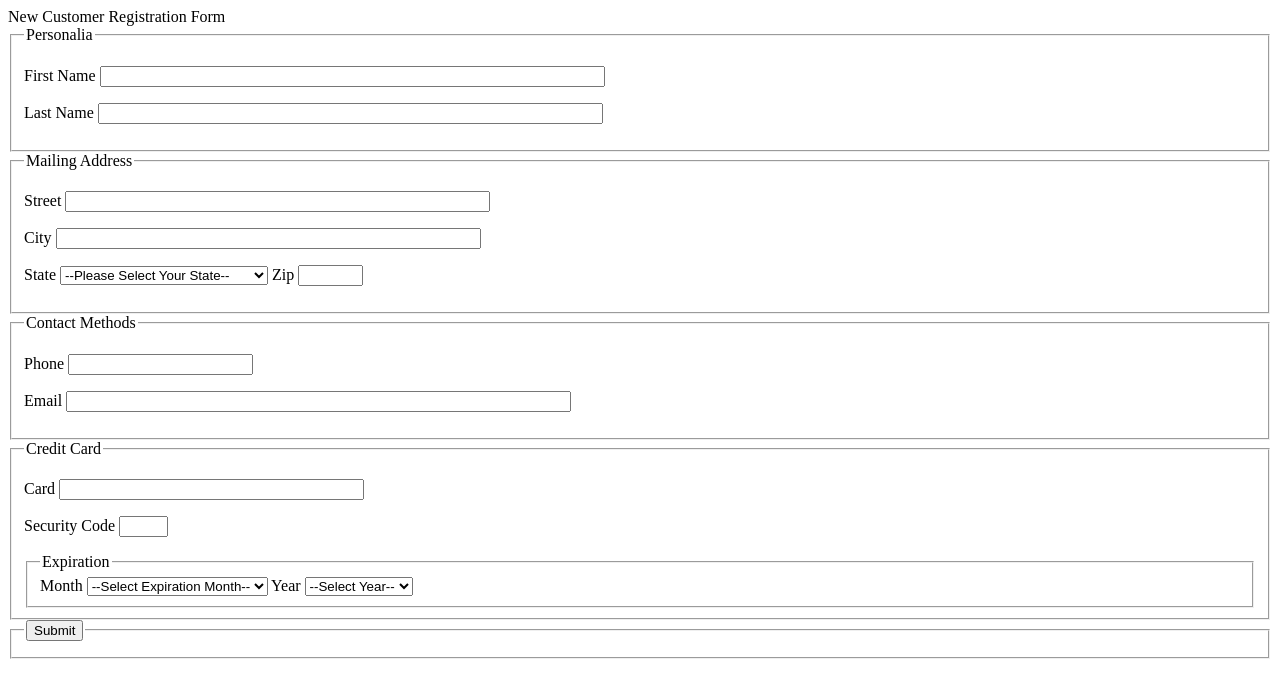
Repository: banjilawal/htdocs
Page: http://localhost/controls/new_customer-form.php
The author's editor kept a copy of each file at every save. The page is drawn from the files as they stood at one save, then again after the next save.
The browser window is 1280 px wide. The pictures show the whole page.
The page is run by PHP 8.4 with error messages shown; the project is at /var/www/html/.

Above is the page before, as saved 2022-03-26 23:57:42.

After the next save:
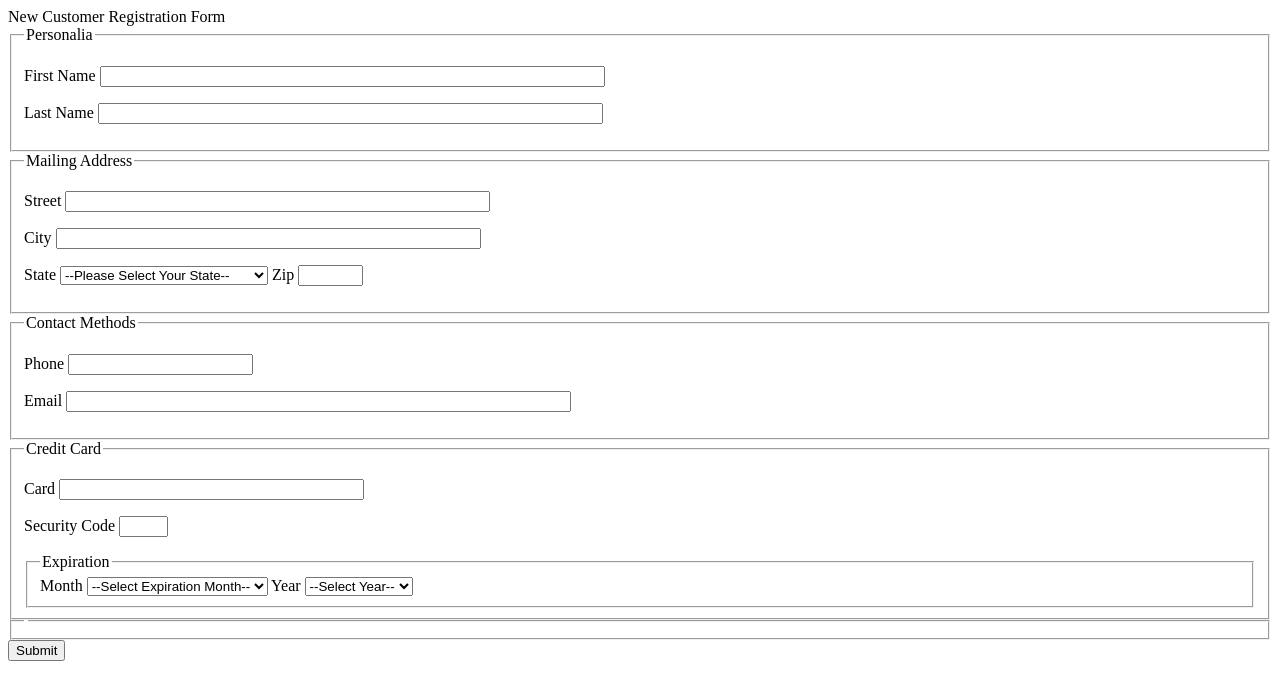
Saved 2 s later.
--- a/shop-0.01/controls/new_customer-form.php
+++ b/shop-0.01/controls/new_customer-form.php
@@ -177,7 +177,7 @@
             </fieldset>
         </fieldset>
 
-        <fieldset><legend
+        <fieldset><legend>
 
         </fieldset>
 
